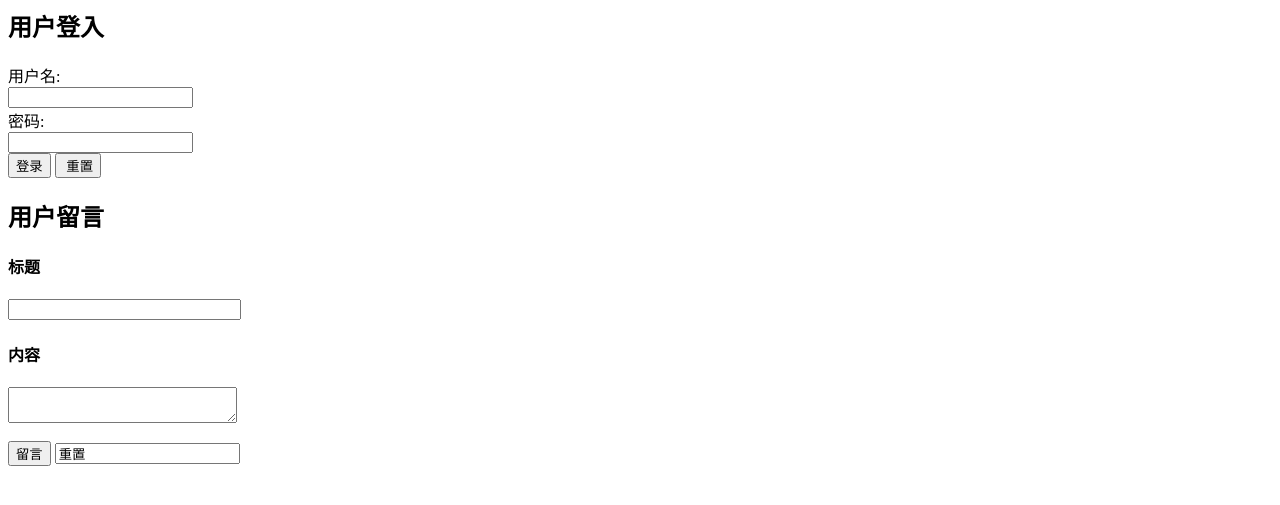
Repository: wikelgc/JSP
Page: http://localhost/chapter_four/
The author's editor kept a copy of each file at every save. The page is drawn from the files as they stood at one save, then again after the next save.
The browser window is 1280 px wide. The pictures show the whole page.
The page is served by Tomcat 9. Other server files are loaded and not shown.

Above is the page before, as saved 2015-05-29 08:44:43.

### chapter_four/WebRoot/index.jsp
<%@page contentType="text/html; charset=UTF-8" language="java"%>
<html>
	<head>
	 	<h2>用户登入</h2>
	</head>
	<body>
		<div>
			<form action=" doLogon.jsp">
				用户名:<br>
				<input type = "text" name = "name"><br>
				密码:<br>
				<input type = "passWord" name = "password"><br>

				<input type = "submit" value="登录">
				<input type = "reset" value=" 重置">
			</form>
		</div>

		<div>
			<form>
			<h2>用户留言</h2>
			<h4>标题</h4>
			<input type = "text" name = "title" size = "26"><br>
			<h4>内容</h4>
			<textarea type = "content" row = "5" cols = "26" ></textarea><br><br>
			<input type = "submit" value = "留言">
			<input type = "content" value = "重置">
			</form>

		</div>
	</body>
</html>

After the next save:
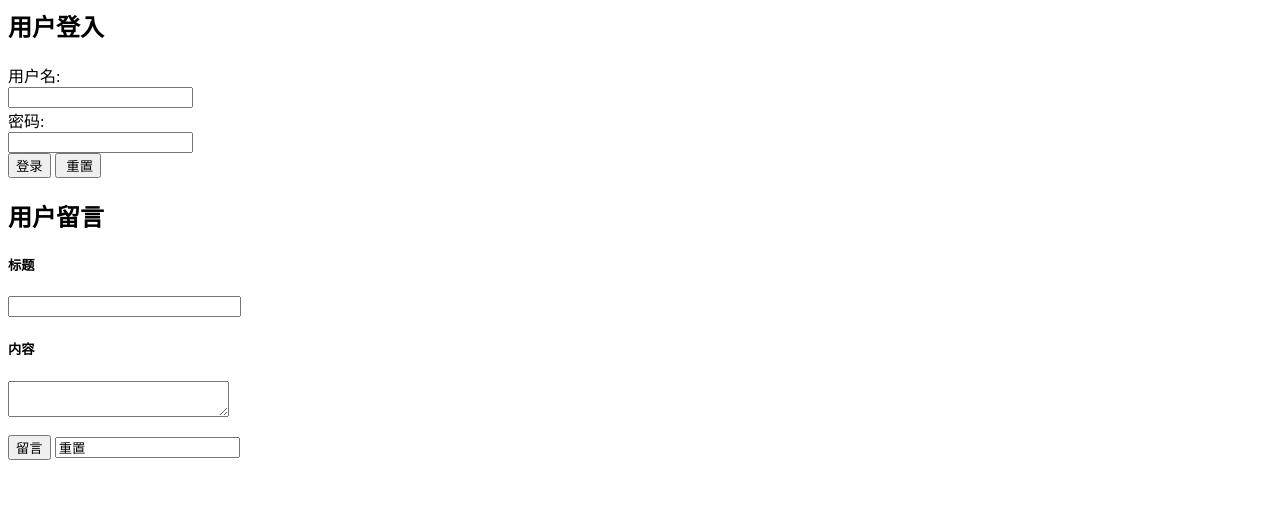
Saved 74 s later.
--- a/chapter_four/WebRoot/index.jsp
+++ b/chapter_four/WebRoot/index.jsp
@@ -19,10 +19,10 @@
 		<div>
 			<form>
 			<h2>用户留言</h2>
-			<h4>标题</h4>
+			<h5>标题</h5>
 			<input type = "text" name = "title" size = "26"><br>
-			<h4>内容</h4>
-			<textarea type = "content" row = "5" cols = "26" ></textarea><br><br>
+			<h5>内容</h5>
+			<textarea type = "content" row = "5" cols = "25" ></textarea><br><br>
 			<input type = "submit" value = "留言">
 			<input type = "content" value = "重置">
 			</form>
